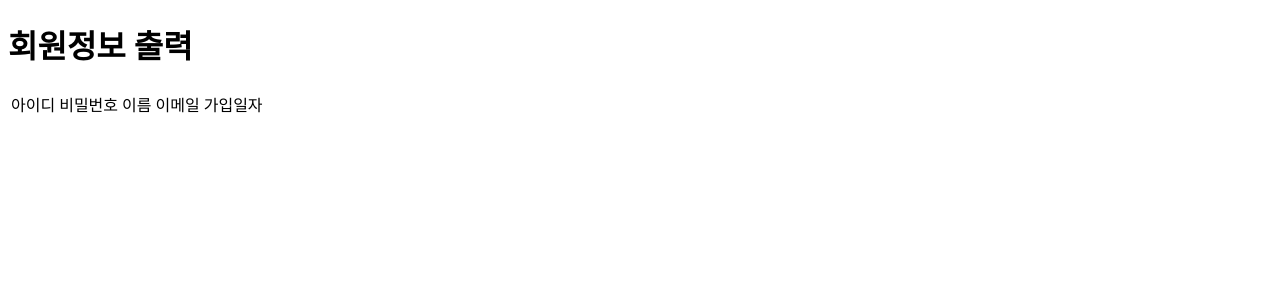
Repository: leehojun95/HJ-Developer
Page: http://localhost/webShop/sec12/test03/member.jsp
These files come from the project's save history. The page is drawn as it stood at one moment and after the next save; the edit follows.
The browser window is 1280 px wide. The pictures show the whole page.
The page is served by Tomcat 9. Nobody is signed in. The application's start-up code is not run. Queries for data that is not in the repository find no rows.

Above is the page before, as saved 2024-04-24 06:45:48.

After the next save:
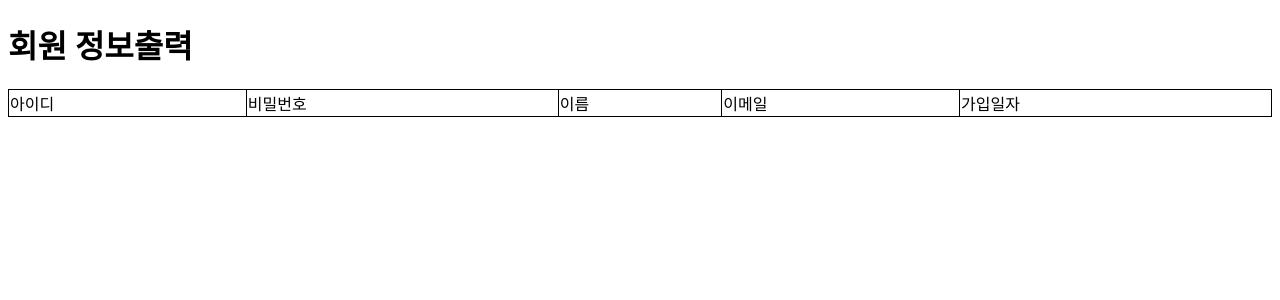
Saved 58 s later.
--- a/webShop/src/main/webapp/sec12/test03/member.jsp
+++ b/webShop/src/main/webapp/sec12/test03/member.jsp
@@ -1,7 +1,7 @@
-<%@page import="java.sql.Date"%>
+<%@page import="java.util.Date"%>
+<%@page import="sec07.MemberVO"%>
 <%@page import="java.util.List"%>
 <%@page import="sec07.MemberDAO"%>
-<%@page import="sec07.MemberVO"%>
 <%@ page language="java" contentType="text/html; charset=UTF-8"
     pageEncoding="UTF-8"%>
 <!DOCTYPE html>
@@ -9,34 +9,46 @@
 <head>
 <meta charset="UTF-8">
 <title>Insert title here</title>
+<style>
+	table, td, th {
+	  border: 1px solid;
+	}
+
+	table {
+	  width: 100%;
+	  border-collapse: collapse;
+	}
+</style>
 </head>
 <body>
-<h1>회원정보 출력</h1>
+<h1>회원 정보출력</h1>
 <%
 	MemberDAO dao = new MemberDAO();
-	List<MemberVO> memberList =dao.listMembers();
+	List<MemberVO> memberList = dao.listMembers();
 %>
 
 <table>
 	<tr>
 		<td>아이디</td><td>비밀번호</td><td>이름</td><td>이메일</td><td>가입일자</td>
 	</tr>
-	<%
-		for(int i=0; i<memberList.size(); i++){
-			MemberVO vo = memberList.get(i);
-			String id = vo.getId();
-			String pwd = vo.getPwd();
-			String name = vo.getName();
-			String email = vo.getEmail();
-			Date joinDate = vo.getJoinDate();
+<%
+	for(int i=0; i<memberList.size(); i++) {
+		MemberVO vo = memberList.get(i);
+		String id = vo.getId();
+		String pwd = vo.getPwd();
+		String name = vo.getName();
+		String email = vo.getEmail();
+		Date joinDate = vo.getJoinDate();
 
-	%>
+
+%>
 	<tr>
 		<td><%=id %></td><td><%=pwd %></td><td><%=name %></td><td><%=email %></td><td><%=joinDate %></td>
 	</tr>
-	<%
-		}
-	%>
+<%
+	}
+%>
+
 </table>
 </body>
 </html>
